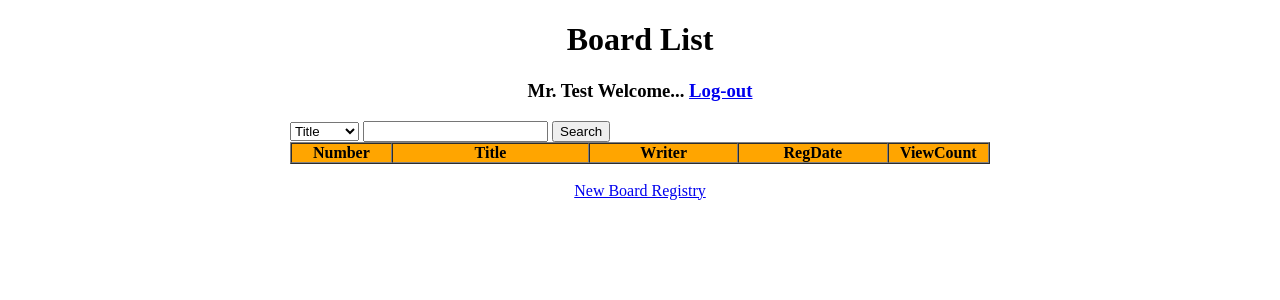
Repository: kevin1229/springTest
Page: http://localhost/BoardWeb/getBoardList.jsp
An editor plug-in stored every save of this project. The page is shown before and after the next save, followed by the edit.
The browser window is 1280 px wide. The pictures show the whole page.
The page is served by Tomcat 9. Other server files are loaded and not shown. Queries for data that is not in the repository find no rows.

Above is the page before, as saved 2020-03-31 14:54:39.

### BoardWeb/src/main/webapp/getBoardList.jsp
<%@page import="java.util.List" %>
<%@page import="com.springbook.biz.board.impl.BoardDAO" %>
<%@page import="com.springbook.biz.board.BoardVO" %>
<%@ page language="java" contentType="text/html; charset=UTF-8" pageEncoding="UTF-8"%>

<%
	BoardVO vo = new BoardVO();
	BoardDAO boardDAO = new BoardDAO();
	List<BoardVO> boardList = boardDAO.getBoardList(vo);
%>

<!DOCTYPE html>
<html>
<head>
	<meta http-equiv="Content-Type" content="text/html; charset=UTF-8" />
	<title>Board List</title>
</head>

<body>
	<center>
		<h1>Board List</h1>
		<h3>Mr. Test Welcome... <a href="logout_proc.jsp">Log-out</a></h3>

		<form action="getBoardList.jsp" method="post">
			<table boarder="1" cellpadding="0" cellspacing="0" width="700">
				<tr>
					<td align="rigth">
						<select name="searchCondition">
							<option value="TITLE">Title </option>
							<option value="CONTENT">Content</option>
						</select>
						<input name="searchKeyword" type="text" />
						<input type="submit" value="Search"/>
					</td>
				</tr>
			</table>
		</form>

		<table border="1" cellpadding="0" cellspacing="0" width="700">
			<tr>
				<th bgcolor="orange" width="100">Number</th>
				<th bgcolor="orange" width="200">Title</th>
				<th bgcolor="orange" width="150">Writer</th>
				<th bgcolor="orange" width="150">RegDate</th>
				<th bgcolor="orange" width="100">ViewCount</th>
			</tr>

			<% for(BoardVO board : boardList) { %>
			<tr>
				<td><%= board.getSeq() %></td>
				<td align="left"><a href="getBoard.jsp?seq=<%= board.getSeq() %>">
								<%= board.getTitle() %></a></td>
				<td><%= board.getWriter() %></td>
				<td><%= board.getRegDate() %></td>
				<td><%= board.getCnt() %></td>
			</tr>
			<%}%>
		</table>
		<br>
			<a href="insertBoard.jsp">New Board Registry</a>
	</center>
</body>
</html>

### BoardWeb/src/main/java/com/springbook/biz/board/BoardVO.java
package com.springbook.biz.board;

import java.sql.Date;

public class BoardVO {

	private int seq;
	private String title;
	private String writer;
	private String content;
	private Date regDate;
	private int cnt;
	public int getSeq() {
		return seq;
	}
	public void setSeq(int seq) {
		this.seq = seq;
	}
	public String getTitle() {
		return title;
	}
	public void setTitle(String title) {
		this.title = title;
	}
	public String getWriter() {
		return writer;
	}
	public void setWriter(String writer) {
		this.writer = writer;
	}
	public String getContent() {
		return content;
	}
	public void setContent(String content) {
		this.content = content;
	}
	public Date getRegDate() {
		return regDate;
	}
	public void setRegDate(Date regDate) {
		this.regDate = regDate;
	}
	public int getCnt() {
		return cnt;
	}
	public void setCnt(int cnt) {
		this.cnt = cnt;
	}

	@Override
	public String toString() {
		return "BoardVO [seq=" + seq + ", title=" + title + ", writer=" + writer + ", content=" + content + ", regDate="
				+ regDate + ", cnt=" + cnt + "]";
	}
}

### BoardWeb/src/main/java/com/springbook/biz/board/impl/BoardDAO.java
package com.springbook.biz.board.impl;

import java.sql.Connection;
import java.sql.PreparedStatement;
import java.sql.ResultSet;
import java.sql.SQLException;
import java.util.ArrayList;
import java.util.List;

import org.springframework.stereotype.Repository;

import com.springbook.biz.board.BoardVO;
import com.springbook.biz.common.JDBCUtil;

@Repository("boardDAO")
public class BoardDAO {

	private Connection conn = null;
	private PreparedStatement stmt = null;
	private ResultSet rs = null;

	private final String BOARD_INSERT = "insert into board(seq, title, writer, content) "
										+ "values( "
										+ "(select coalesce( max(seq), 0)+1 from board), "
										+ "?, ?, ?)";

	private final String BOARD_UPDATE = "update board set title=?, content=? where seq=?";
	private final String BOARD_DELETE = "delete board where seq=?";
	private final String BOARD_GET = "select * from board where seq=?";
	private final String BOARD_LIST = "select * from board order by seq desc";

	public void insertBoard(BoardVO vo) {
		System.out.println("===> JDBC로 insertBoard() 기능 처리");

		try {
			conn = JDBCUtil.getConnection();
			stmt = conn.prepareStatement(BOARD_INSERT);
			stmt.setString(1, vo.getTitle());
			stmt.setString(2, vo.getWriter());
			stmt.setString(3, vo.getContent());
			stmt.executeUpdate();
		} catch (SQLException e) {
			e.printStackTrace();
		} finally {
			JDBCUtil.close(stmt, conn);
		}
	}

	public void updateBoard(BoardVO vo) {

		System.out.println("===> JDBC로 updateBoard() 기능 처리");
		try {
			conn = JDBCUtil.getConnection();
			stmt = conn.prepareStatement(BOARD_UPDATE);
			stmt.setString(1,  vo.getTitle());
			stmt.setString(2,  vo.getContent());
			stmt.setInt(3,  vo.getSeq());
			stmt.executeUpdate();
		}catch (Exception e) {
			e.printStackTrace();
		} finally {
			JDBCUtil.close(stmt, conn);
		}
	}

	public void deleteBoard(BoardVO vo) {

		System.out.println("===> JDBC로 deleteBoard() 기능 처리");
		try {
			conn = JDBCUtil.getConnection();
			stmt = conn.prepareStatement(BOARD_DELETE);
			stmt.setInt(1,  vo.getSeq());
			stmt.executeUpdate();
		} catch (Exception e) {
			e.printStackTrace();
		} finally {
			JDBCUtil.close(stmt, conn);
		}
	}

	public BoardVO getBoard(BoardVO vo) {
		System.out.println("===> JDBC로 getBoard() 기능 처리");
		BoardVO board = null;

		try {
			conn = JDBCUtil.getConnection();
			stmt = conn.prepareStatement(BOARD_GET);
			stmt.setInt(1,  vo.getSeq());
			rs = stmt.executeQuery();

			if(rs.next()) {
				board = new BoardVO();
				board.setSeq(rs.getInt("seq"));
				board.setTitle(rs.getString("title"));
				board.setWriter(rs.getString("writer"));
				board.setContent(rs.getString("content"));
				board.setRegDate(rs.getDate("regdate"));
				board.setCnt(rs.getInt("cnt"));
			}
		} catch (Exception e) {
			e.printStackTrace();
		} finally {
			JDBCUtil.close(stmt, conn);
		}

		return board;
	}

	public List<BoardVO> getBoardList(BoardVO vo) {
		System.out.println("===> JDBC로 getBoardList() 기능 처리");
		List<BoardVO> boardList = new ArrayList<BoardVO>();

		try {
			conn = JDBCUtil.getConnection();
			stmt = conn.prepareStatement(BOARD_LIST);
			rs = stmt.executeQuery();

			while(rs.next()) {

				BoardVO board = new BoardVO();
				board.setSeq(rs.getInt("seq"));
				board.setTitle(rs.getString("title"));
				board.setWriter(rs.getString("writer"));
				board.setContent(rs.getString("content"));
				board.setRegDate(rs.getDate("regdate"));
				board.setCnt(rs.getInt("cnt"));
				boardList.add(board);
			}

		} catch (Exception e) {
			e.printStackTrace();
		} finally {
			JDBCUtil.close(stmt, conn);
		}

		return boardList;
	}

}

### BoardWeb/src/main/java/com/springbook/biz/common/JDBCUtil.java
package com.springbook.biz.common;

import java.sql.Connection;
import java.sql.DriverManager;
import java.sql.PreparedStatement;
import java.sql.ResultSet;
import java.sql.SQLException;

public class JDBCUtil {

	public static Connection getConnection() {
		try {
			Class.forName("org.postgresql.Driver");
			return DriverManager.getConnection("jdbc:postgresql://localhost:5432/SpringStudy", "kevin", "1234qwer");
		} catch (Exception e) {
			e.printStackTrace();
		}
		return null;
	}

	public static void close(PreparedStatement stmt, Connection conn) {
		if(stmt != null) {
			try {

				if(!stmt.isClosed())
					stmt.close();

			} catch (Exception e) {

				e.printStackTrace();

			} finally {

				stmt = null;
			}
		}

		if(conn != null) {
			try {

				if(!conn.isClosed())
					conn.close();

			} catch (Exception e) {

				e.printStackTrace();

			} finally {

				conn=null;
			}
		}
	}

	public static void close(ResultSet rs, PreparedStatement stmt, Connection conn) {

		if(rs != null) {
			try {

				if(!rs.isClosed())
					rs.close();

			} catch (Exception e) {
				e.printStackTrace();
			} finally {
				rs = null;
			}
		}

		if(stmt != null) {
			try {

				if(!stmt.isClosed())
					stmt.close();

			} catch (Exception e) {
				e.printStackTrace();
			} finally {
				stmt = null;
			}
		}

		if(conn!=null) {
			try {

				if(!conn.isClosed())
					conn.close();

			} catch (SQLException e) {
				e.printStackTrace();
			} finally {
				conn = null;
			}
		}
	}
}

After the next save:
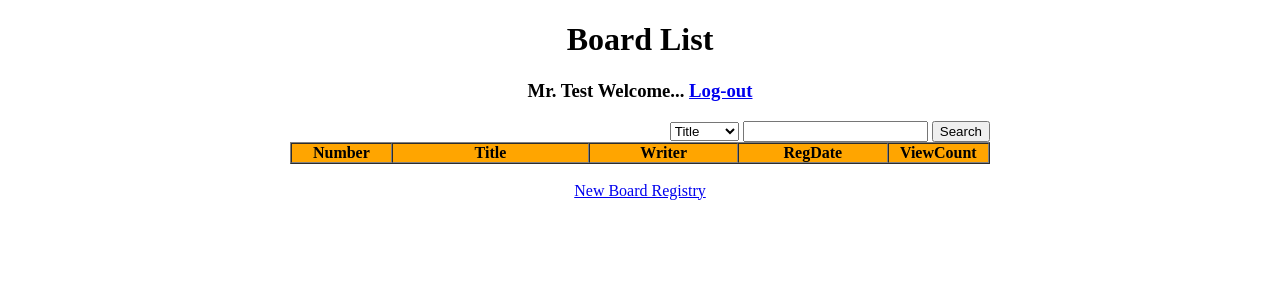
Saved 7 min 42 s later.
--- a/BoardWeb/src/main/webapp/getBoardList.jsp
+++ b/BoardWeb/src/main/webapp/getBoardList.jsp
@@ -24,7 +24,7 @@
 		<form action="getBoardList.jsp" method="post">
 			<table boarder="1" cellpadding="0" cellspacing="0" width="700">
 				<tr>
-					<td align="rigth">
+					<td align="right">
 						<select name="searchCondition">
 							<option value="TITLE">Title </option>
 							<option value="CONTENT">Content</option>
